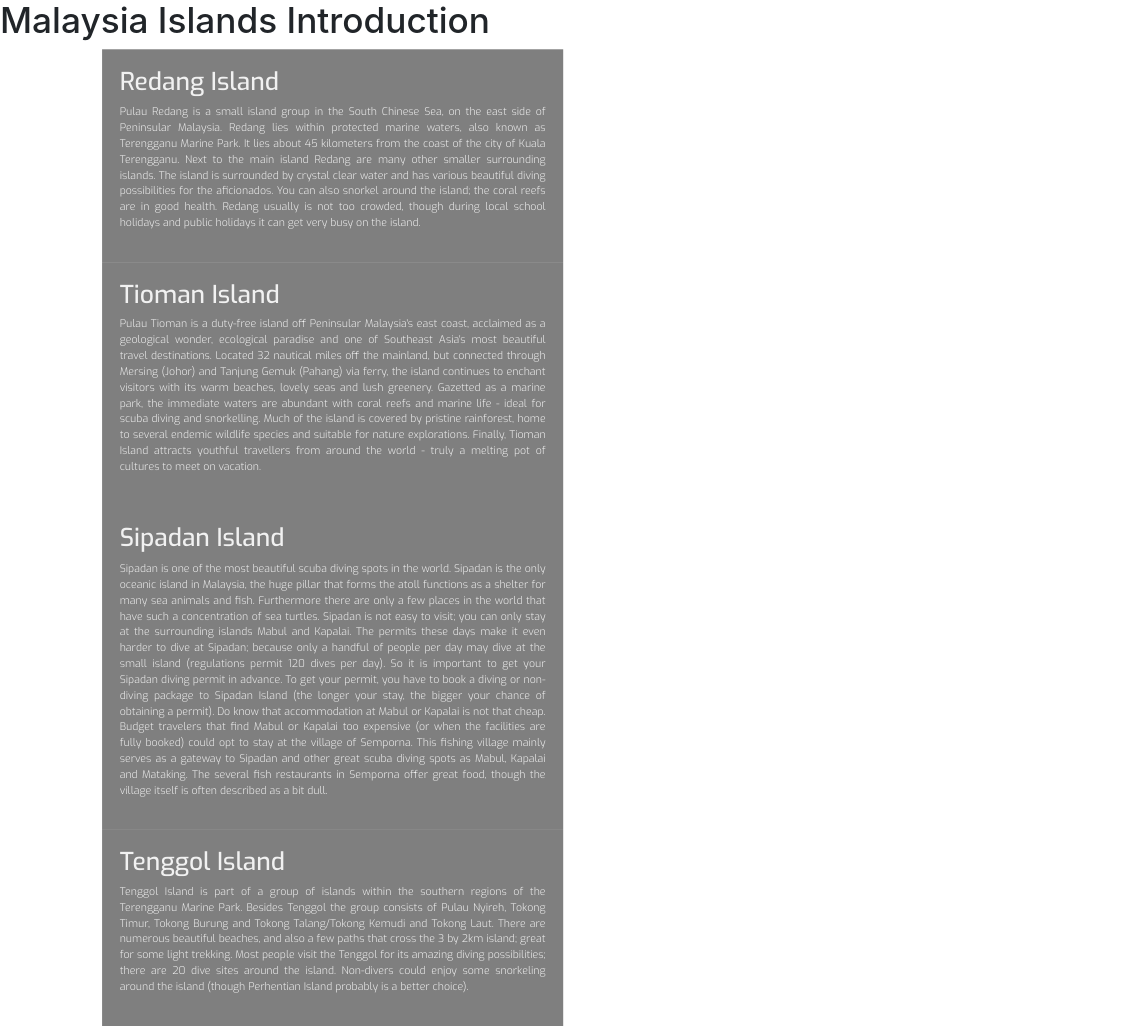
Repository: Code-Institute-Submissions/cathyann-diving.github.io
Page: islandsintro.html
The author's editor kept a record of every edit. The page is drawn from the files as they stood at one moment, then again after the next edit.
The browser window is 1280 px wide. The page is 1295 px wide, then 1280 px, so the pictures cover 1295 px, including what lies to the right of the window. The pictures show the whole page, at 88% of full size.

Above is the page before.

### islandsintro.html
<!DOCTYPE html>
<html lang="en">

<head>
    <meta charset="UTF-8">
    <meta name="viewport" content="width=device-width, initial-scale=1.0">
    <meta http-equiv="X-UA-Compatible" content="ie=edge">
    <link rel="stylesheet" href="https://stackpath.bootstrapcdn.com/bootstrap/4.3.1/css/bootstrap.min.css" type="text/css">
    <link rel="stylesheet" href="https://stackpath.bootstrapcdn.com/font-awesome/4.7.0/css/font-awesome.min.css" type="text/css">
    <link rel="stylesheet" href="https://cdnjs.cloudflare.com/ajax/libs/hover.css/2.3.1/css/hover-min.css" type="text/css">
    <link rel="stylesheet" href="assets/css/style.css" type="text/css">
    <title>Diving</title>
</head>

<body>
    <div class="row col-12 col-sm-12 col-lg-12">
    <h1>Malaysia Islands Introduction</h1>
    </div>
    <div class="row">
        <div class="containers">
            <div class="contents col-12 col-sm-6 col-lg-6">
                <h3>Redang Island</h3>
                <p>
                    Pulau Redang is a small island group in the South Chinese Sea, on the east side of Peninsular Malaysia. Redang lies within protected marine waters, also known as Terengganu Marine Park. It lies about 45 kilometers from the coast of the city of Kuala Terengganu.
                    Next to the main island Redang are many other smaller surrounding islands. The island is surrounded by crystal clear water and has various beautiful diving possibilities for the aficionados. You can also snorkel around the island;
                    the coral reefs are in good health. Redang usually is not too crowded, though during local school holidays and public holidays it can get very busy on the island.
                </p>
            </div>
        </div>
        <div class="containers">
            <div class="contents col-12 col-sm-6 col-lg-6">
                <h3>Tioman Island</h3>
                <p>
                    Pulau Tioman is a duty-free island off Peninsular Malaysia's east coast, acclaimed as a geological wonder, ecological paradise and one of Southeast Asia's most beautiful travel destinations. Located 32 nautical miles off the mainland, but connected through
                    Mersing (Johor) and Tanjung Gemuk (Pahang) via ferry, the island continues to enchant visitors with its warm beaches, lovely seas and lush greenery. Gazetted as a marine park, the immediate waters are abundant with coral reefs and
                    marine life - ideal for scuba diving and snorkelling. Much of the island is covered by pristine rainforest, home to several endemic wildlife species and suitable for nature explorations. Finally, Tioman Island attracts youthful travellers
                    from around the world - truly a melting pot of cultures to meet on vacation.
                </p>
            </div>
        </div>
        <div class="containers">
            <div class="contents col-12 col-sm-6 col-lg-6">
                <h3>Sipadan Island</h3>
                <p>
                    Sipadan is one of the most beautiful scuba diving spots in the world. Sipadan is the only oceanic island in Malaysia, the huge pillar that forms the atoll functions as a shelter for many sea animals and fish. Furthermore there are only a few places in
                    the world that have such a concentration of sea turtles. Sipadan is not easy to visit; you can only stay at the surrounding islands Mabul and Kapalai. The permits these days make it even harder to dive at Sipadan; because only a handful
                    of people per day may dive at the small island (regulations permit 120 dives per day). So it is important to get your Sipadan diving permit in advance. To get your permit, you have to book a diving or non-diving package to Sipadan
                    Island (the longer your stay, the bigger your chance of obtaining a permit). Do know that accommodation at Mabul or Kapalai is not that cheap. Budget travelers that find Mabul or Kapalai too expensive (or when the facilities are fully
                    booked) could opt to stay at the village of Semporna. This fishing village mainly serves as a gateway to Sipadan and other great scuba diving spots as Mabul, Kapalai and Mataking. The several fish restaurants in Semporna offer great
                    food, though the village itself is often described as a bit dull.
                </p>
            </div>
        </div>
        <div class="containers">
            <div class="contents col-12 col-sm-6 col-lg-6">
                <h3>Tenggol Island</h3>
                <p>
                    Tenggol Island is part of a group of islands within the southern regions of the Terengganu Marine Park. Besides Tenggol the group consists of Pulau Nyireh, Tokong Timur, Tokong Burung and Tokong Talang/Tokong Kemudi and Tokong Laut. There are numerous
                    beautiful beaches, and also a few paths that cross the 3 by 2km island; great for some light trekking. Most people visit the Tenggol for its amazing diving possibilities; there are 20 dive sites around the island. Non-divers could
                    enjoy some snorkeling around the island (though Perhentian Island probably is a better choice).
                </p>
            </div>
        </div>
    </div>


</body>

</html>

### assets/css/style.css
@import url('https://fonts.googleapis.com/css?family=Roboto:100,200,300,400,500,600,700|Exo:100,200,300,400,500,600,700');

/*--------------------------------------------bg image */

.bg-landing {
    position: fixed;
    background-image: url("../images/jellyfish.jpg");
    display: inline-block;
    background-position: center;
    background-repeat: no-repeat;
    background-size: cover;
    height: 100%;
    width: 100%;
    transition: all .5s ease-in-out;
    -moz-transition: all .5s ease-in-out;
    -webkit-transition: all .5s ease-in-out;
}

.bg-home {
    position: fixed;
    background-image: url("../images/diver.jpg");
    display: inline-block;
    background-position: center;
    background-repeat: no-repeat;
    background-size: cover;
    height: 100%;
    width: 100%;
    transition: all .5s ease-in-out;
    -moz-transition: all .5s ease-in-out;
    -webkit-transition: all .5s ease-in-out;
}

.bg-islands {
    position: fixed;
    background-image: url("../images/beach.jpg");
    display: inline-block;
    background-position: center;
    background-repeat: no-repeat;
    background-size: cover;
    height: 100%;
    width: 100%;
    transition: all .5s ease-in-out;
    -moz-transition: all .5s ease-in-out;
    -webkit-transition: all .5s ease-in-out;
}

.bg-services {
    position: fixed;
    background-image: url("../images/nemo.jpg");
    display: inline-block;
    background-position: center;
    background-repeat: no-repeat;
    background-size: cover;
    height: 100%;
    width: 100%;
    transition: all .5s ease-in-out;
    -moz-transition: all .5s ease-in-out;
    -webkit-transition: all .5s ease-in-out;
}

/*--------------------------------------------btn */

.btn {
    position: absolute;
    top: 50%;
    left: 50%;
    transform: translate(-50%, -50%);
    -ms-transform: translate(-50%, -50%);
    background-color: #6495ed;
    color: #00008B;
    font-size: 16px;
    font-family: "Roboto", sans-serif;
    font-weight: 400;
    padding: 10px 30px;
    border: none;
    border-radius: 5px;
    text-align: center;
}

.btn span {
    display: inline-block;
    position: relative;
    transition: 0.5s;
}

.btn span:after {
    content: '\00bb';
    position: absolute;
    opacity: 0;
    top: 0;
    right: -20px;
    transition: 0.5s;
}

.btn:hover span {
    padding-right: 25px;
}

.btn:hover span:after {
    opacity: 1;
    right: 0;
}

.button {
    margin-top: 5px;
    margin-bottom: 10px;
    color: #008B8B;
    background-color: #00008B;
    padding: 5px 10px;
    border: none;
    font-family: "EXO", sans-serif;
}

.button a {
    text-decoration: none;
}

/*--------------------------------------------navbar */

.navbar {
    background-color: #4682B4;
    top: 0;
    width: 100%;
    padding: 0px;
}

.navbar a {
    display: block;
    color: #fff;
    text-align: center;
    padding: 10px 18px;
    text-decoration: none;
    font-size: 12px;
}

#nav li {
    font-size: 12px;
    padding: 0;
}

#nav {
    margin: 0;
}

.menuitem span {
    display: block;
    width: 100%;
    padding-top: 5px;
    text-align: center;
    text-transform: uppercase;
    font-family: "Roboto", sans-serif;
    font-size: 12px;
    font-weight: 300;
    letter-spacing: 2px;
}

.list-inline-item:not(:last-child) {
    margin: 0;
}

.menucontainer {
    font-size: 0;
}

/*--------------------------------------------Hover.css*/

.hvr-sweep-to-bottom:before {
    background: #008B8B;
    height: 100%;
    color: black;
}


/*--------------------------------------------Content */

.container {
    position: relative;
    max-width: 100%;
    margin: auto;
    height: 50%;
}

.container img {
    vertical-align: middle;
}

.container .content {
    position: absolute;
    background: rgb(0, 0, 0, 0.5);
    color: #f1f1f1;
    font-family: "EXO", sans-serif;
    font-size: 12px;
    font-weight: 300;
    padding: 30px;
}

.containers {
    position: relative;
    margin: auto;
    max-width: 80%;
}

.containers .contents {
    background: rgb(0, 0, 0, 0.5);
    color: #f1f1f1;
    font-family: "EXO", sans-serif;
    font-size: 12px;
    font-weight: 300;
    padding: 20px;
    text-align: justify;
}


/*--------------------------------------------Contact Form */

.contact-heading {
    font-family: "Exo", sans-serif;
    font-weight: 300;
    margin-top: 25px;
    margin-bottom: 20px;
}

.center-form {
    padding: 10px;
    margin: 0 auto;
    max-width: 70%;
}

button[type="submit"] {
    margin-top: 30px;
    margin-bottom: 20px;
    color: #fafafa;
    background-color: #4682B4;
}

.form-control {
    border: 1px solid black;
    font-family: inherit;
}

After the next edit:
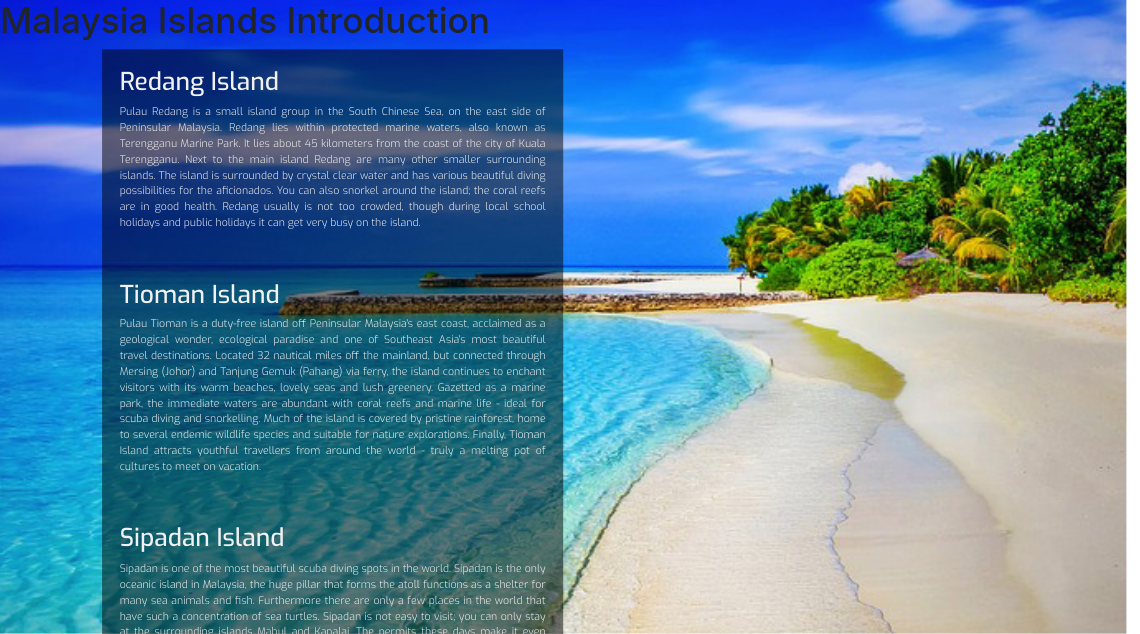
The edit:
--- a/islandsintro.html
+++ b/islandsintro.html
@@ -13,6 +13,7 @@
 </head>
 
 <body>
+    <div class="bg-islands">
     <div class="row col-12 col-sm-12 col-lg-12">
     <h1>Malaysia Islands Introduction</h1>
     </div>
